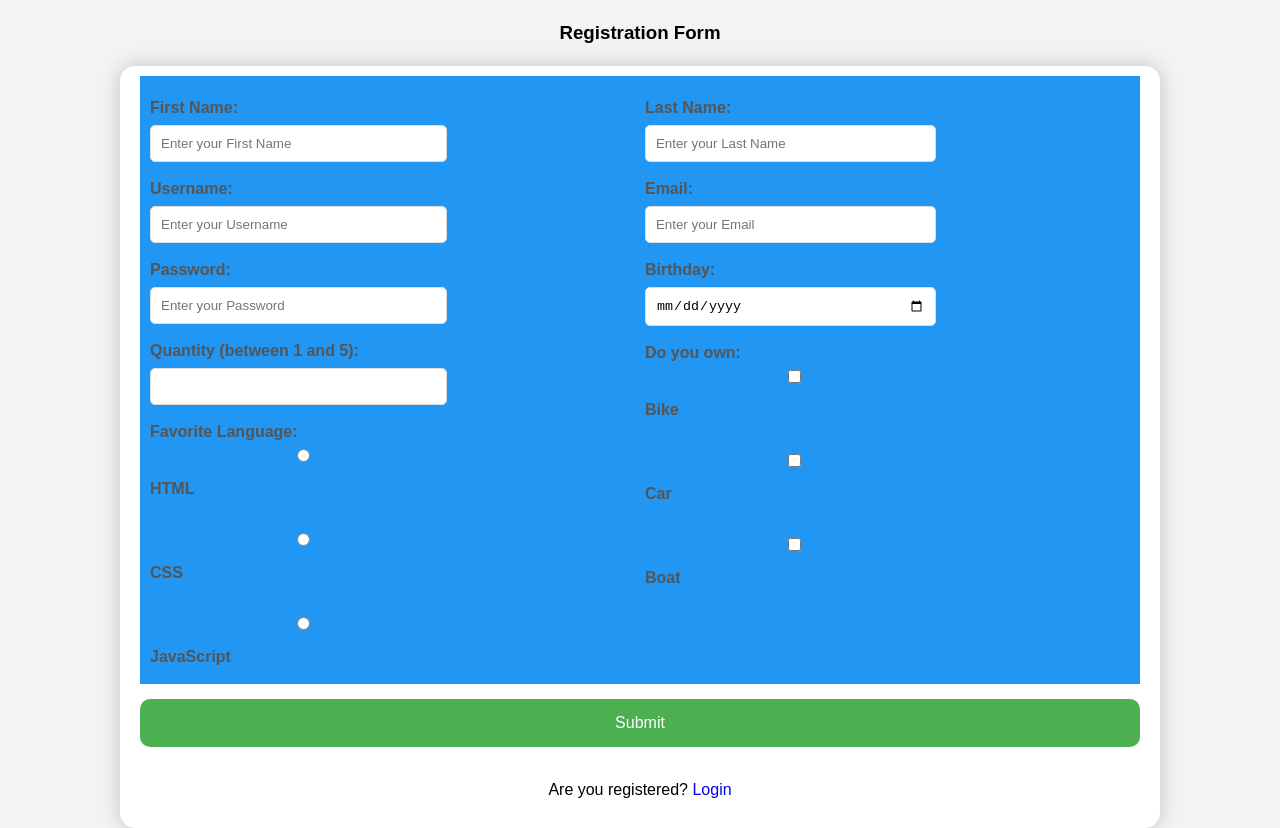
Repository: alizey12/Regestratin-Form-js
Page: regester.html
These files come from the project's save history. The page is drawn as it stood at one moment and after the next save; the edit follows.
The browser window is 1280 px wide. The pictures show the whole page.

Above is the page before, as saved 2024-11-29 18:38:16.

After the next save:
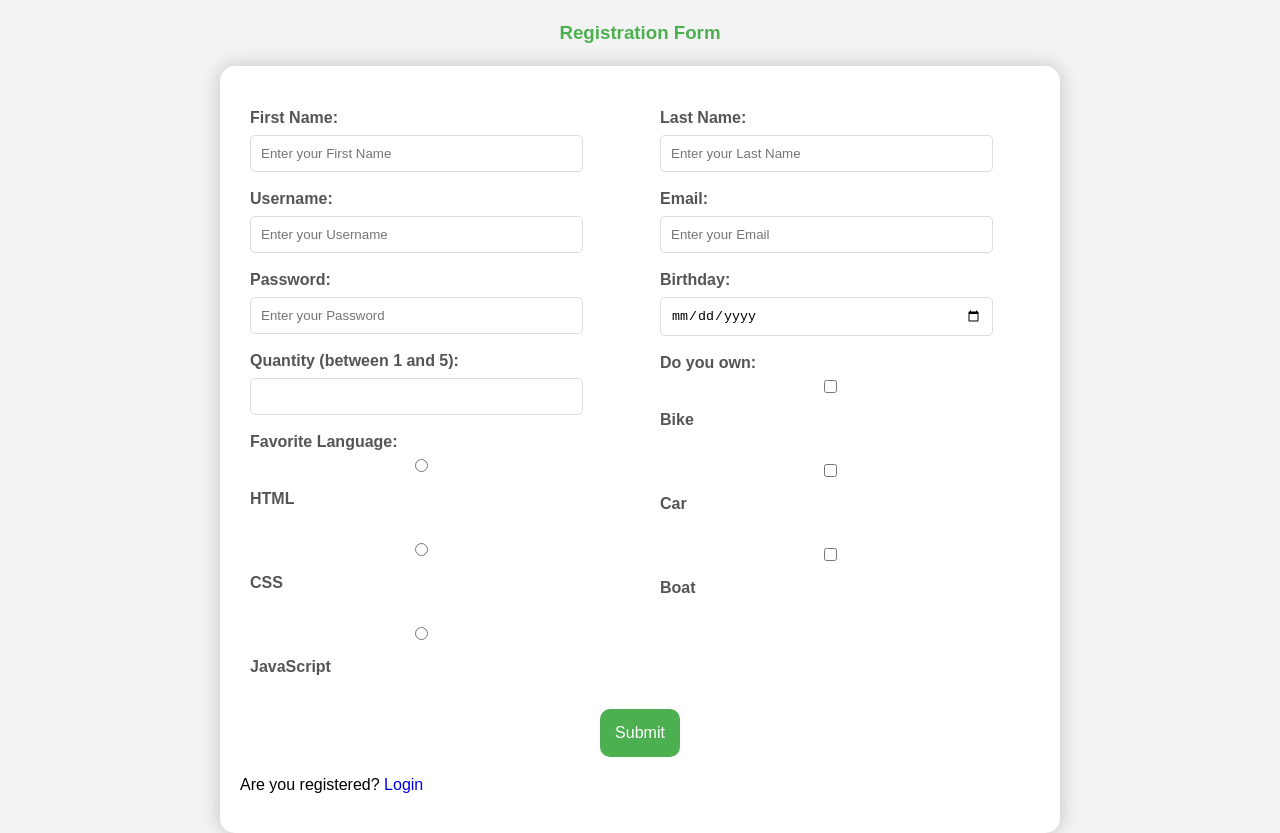
Saved 9 s later.
--- a/regester.css
+++ b/regester.css
@@ -1,5 +1,3 @@
-
-
 body {
     display: flex;
     align-items: center;
@@ -11,23 +9,23 @@ body {
     flex-direction: column;
     margin: 0;
 }
+
 .main {
     background-color: #fff;
     border-radius: 15px;
     box-shadow: 0 0 20px rgba(0, 0, 0, 0.2);
-    padding: 10px 20px;
+    padding: 20px;
     transition: transform 0.2s;
-    width: 1000px;
-    text-align: center;
+    width: 800px;
 }
 
-h1 {
+h3 {
     color: #4CAF50;
+    text-align: center;
 }
 
 label {
     display: block;
-    width: 60%;
     margin-top: 10px;
     margin-bottom: 5px;
     text-align: left;
@@ -37,7 +35,7 @@ label {
 
 input {
     display: block;
-    width: 60%;
+    width: 90%;
     margin-bottom: 15px;
     padding: 10px;
     box-sizing: border-box;
@@ -49,12 +47,10 @@ button {
     padding: 15px;
     border-radius: 10px;
     margin-top: 15px;
-    margin-bottom: 15px;
     border: none;
     color: white;
     cursor: pointer;
     background-color: #4CAF50;
-    width: 100%;
     font-size: 16px;
 }
 
@@ -64,11 +60,12 @@ button {
     align-items: center;
 }
 
+.grid-container {
+    display: grid;
+    grid-template-columns: 1fr 1fr;
+    gap: 20px;
+}
 
-
-.grid-container{
-    display: grid;
-    grid-template-columns: auto auto;
-    background-color: #2196F3;
+.grid-container div {
     padding: 10px;
 }
